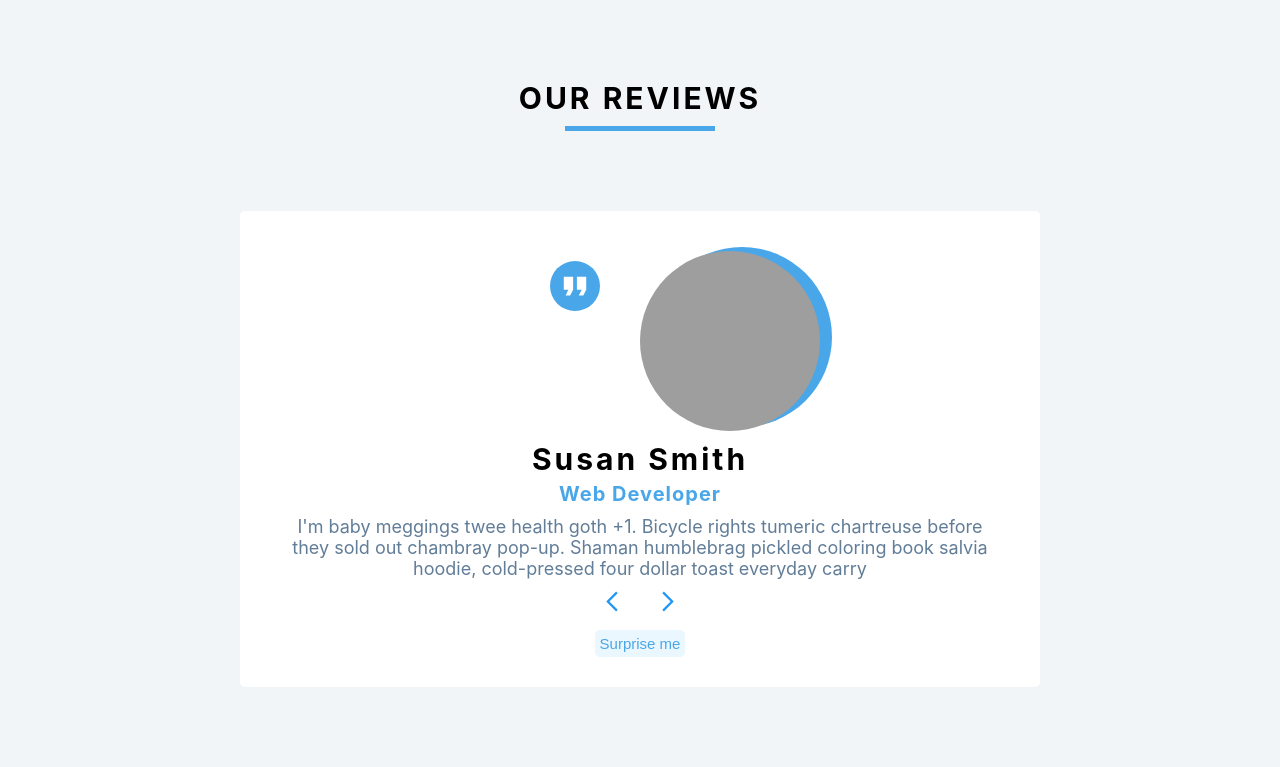
Repository: thaiduy1704/TypeScriptBasic
Page: / (app in 03-reviews/)
An editor plug-in stored every save of this project. The page is shown before and after the next save, followed by the edit.
The browser window is 1280 px wide. The pictures show the whole page.
Pictures or frames that could not be fetched are drawn as grey boxes. The project was rebuilt for these pictures with package versions that can differ from the ones it lists, and the page was loaded fresh each time.

Above is the page before, as saved 2022-10-28 16:32:23.

After the next save:
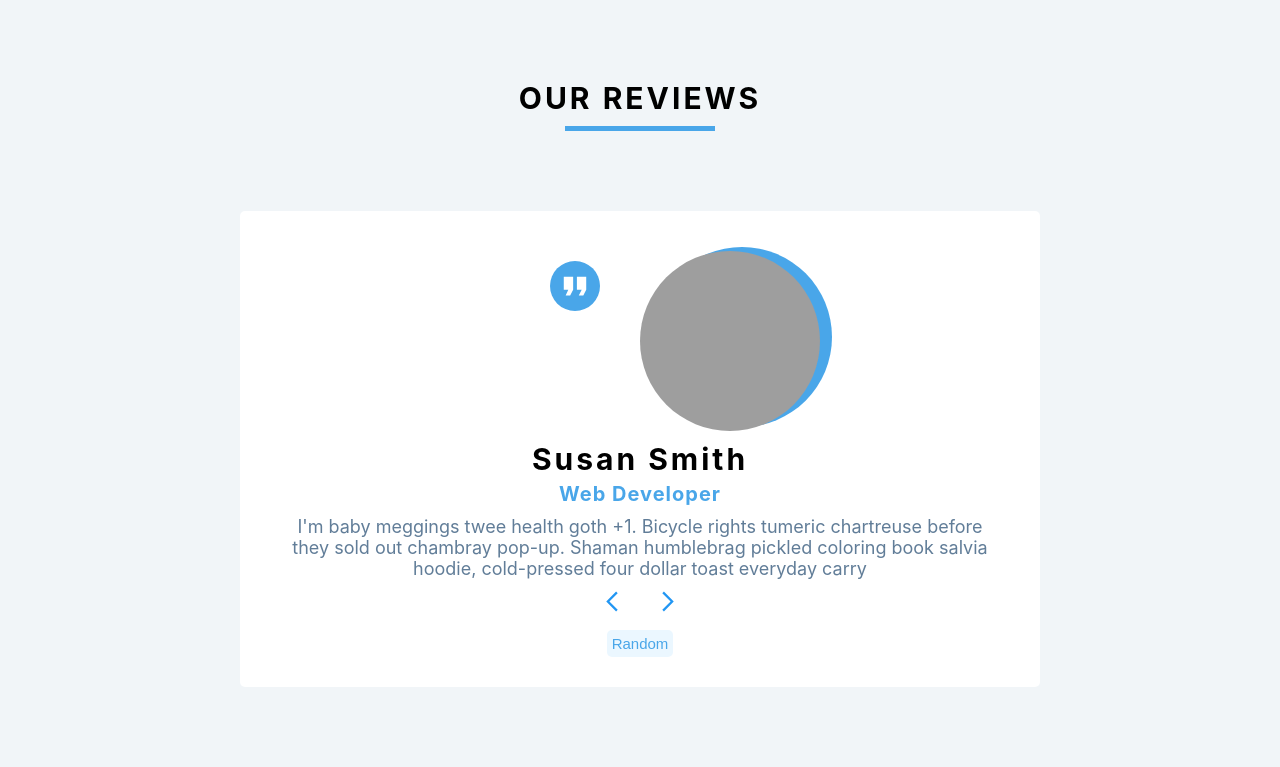
Saved 28 s later.
--- a/03-reviews/src/components/Review.tsx
+++ b/03-reviews/src/components/Review.tsx
@@ -44,7 +44,7 @@ const Review: React.FC<IReview & IReviewFunction> = ({
 				</button>
 			</div>
 			<button className='surprise' onClick={randomPage}>
-				Surprise me
+				Random
 			</button>
 		</Wrapper>
 	);
